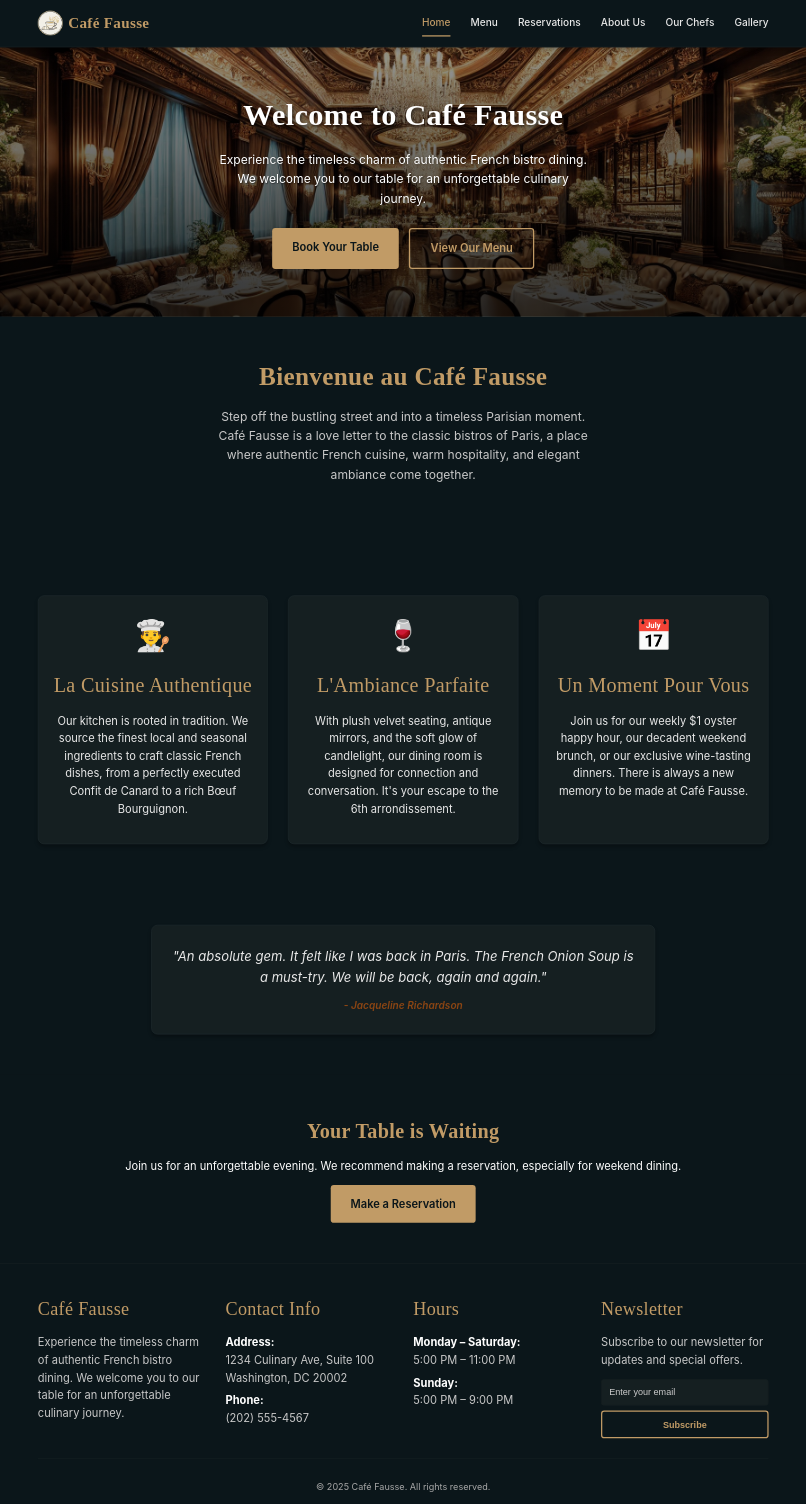
Repository: MatVanDenArt/MSSE-Cafe-Fausse
Page: / (app in frontend/)
An editor plug-in stored every save of this project. The page is shown before and after the next save, followed by the edit.
The browser window is 1280 px wide. The pictures show the whole page, at 63% of full size.
The project was rebuilt for these pictures with package versions that can differ from the ones it lists, and the page was loaded fresh each time. Also part of the build but not shown: frontend/src/pages/Menu.css, frontend/src/pages/Menu.js, frontend/src/pages/Reservations.css, frontend/src/pages/Reservations.js, frontend/src/pages/About.css, frontend/src/pages/About.js, frontend/src/pages/Gallery.css, frontend/src/pages/Gallery.js.

Above is the page before, as saved 2025-11-04 17:20:48.

### frontend/src/App.js
import React from "react";
import { BrowserRouter as Router, Routes, Route } from "react-router-dom";
import "./App.css";

// Import components
import Header from "./components/Header";
import Footer from "./components/Footer";
import Home from "./pages/Home";
import Menu from "./pages/Menu";
import Reservations from "./pages/Reservations";
import About from "./pages/About";
import Gallery from "./pages/Gallery";

function App() {
  return (
    <Router>
      <div className="App">
        <Header />
        <main className="main-content">
          <Routes>
            <Route path="/" element={<Home />} />
            <Route path="/menu" element={<Menu />} />
            <Route path="/reservations" element={<Reservations />} />
            <Route path="/about" element={<About />} />
            <Route path="/gallery" element={<Gallery />} />
          </Routes>
        </main>
        <Footer />
      </div>
    </Router>
  );
}

export default App;

### frontend/src/App.css
/* Global Styles */
* {
  margin: 0;
  padding: 0;
  box-sizing: border-box;
}

@import url("https://fonts.googleapis.com/css2?family=Dancing+Script:wght@400;500;600;700&family=Cormorant+Garamond:ital,wght@0,300;0,400;0,500;0,600;0,700;1,300;1,400;1,500;1,600&family=Inter:wght@300;400;500;600&family=Source+Sans+Pro:ital,wght@0,300;0,400;0,600;1,300;1,400&display=swap");

body {
  font-family: "Inter", "Source Sans Pro", "Helvetica Neue", "Arial", sans-serif;
  line-height: 1.6;
  color: #e8e8e8;
  background-color: #0b161a;
  font-weight: 400;
  padding-top: 70px; /* Account for fixed header */
}

/* Remove padding-top for home page since hero handles spacing */
.home {
  padding-top: 0;
}

.App {
  min-height: 100vh;
  display: flex;
  flex-direction: column;
}

.main-content {
  flex: 1;
}

/* Typography */
h1,
h2,
h3,
h4,
h5,
h6 {
  font-family: "Cormorant Garamond", "EB Garamond", "Georgia", "Times New Roman",
    serif;
  font-weight: 500;
  margin-bottom: 1rem;
  letter-spacing: 0.5px;
}

h1 {
  font-size: 2.5rem;
  color: #c19b66;
  font-family: "Dancing Script", "Cormorant Garamond", serif;
  font-weight: 600;
}

h2 {
  font-size: 2rem;
  color: #c19b66;
  font-family: "Dancing Script", "Cormorant Garamond", serif;
  font-weight: 600;
}

h3 {
  font-size: 2rem;
  color: #c19b66;
  font-family: "Dancing Script", "Cormorant Garamond", serif;
  font-weight: 500;
}

p {
  margin-bottom: 1rem;
  font-size: 1.1rem;
  font-family: "Inter", "Source Sans Pro", "Helvetica Neue", "Arial", sans-serif;
}

/* Container */
.container {
  max-width: 1200px;
  margin: 0 auto;
  padding: 0 20px;
}

/* Grid System */
.grid {
  display: grid;
  gap: 2rem;
}

.grid-2 {
  grid-template-columns: repeat(auto-fit, minmax(300px, 1fr));
}

.grid-3 {
  grid-template-columns: repeat(auto-fit, minmax(250px, 1fr));
}

.grid-4 {
  grid-template-columns: repeat(auto-fit, minmax(200px, 1fr));
}

/* Flexbox Utilities */
.flex {
  display: flex;
}

.flex-center {
  display: flex;
  justify-content: center;
  align-items: center;
}

.flex-between {
  display: flex;
  justify-content: space-between;
  align-items: center;
}

.flex-column {
  display: flex;
  flex-direction: column;
}

/* Buttons */
.btn {
  display: inline-block;
  padding: 12px 24px;
  background-color: #c19b66;
  color: #0b161a;
  text-decoration: none;
  border: none;
  border-radius: 5px;
  font-size: 1rem;
  font-weight: 600;
  cursor: pointer;
  transition: all 0.3s ease;
  text-align: center;
}

.btn:hover {
  background-color: #b08a55;
  transform: translateY(-2px);
  box-shadow: 0 4px 12px rgba(193, 155, 102, 0.4);
}

.btn-secondary {
  background-color: transparent;
  color: #c19b66;
  border: 2px solid #c19b66;
}

.btn-secondary:hover {
  background-color: #c19b66;
  color: #0b161a;
}

.btn-large {
  padding: 16px 32px;
  font-size: 1.1rem;
}

/* Forms */
.form-group {
  margin-bottom: 1.5rem;
}

.form-label {
  display: block;
  margin-bottom: 0.5rem;
  font-weight: 600;
  color: #c19b66;
}

.form-input,
.form-select,
.form-textarea {
  width: 100%;
  padding: 12px;
  border: 2px solid #151f21;
  border-radius: 5px;
  font-size: 1rem;
  transition: border-color 0.3s ease;
  background-color: #151f21;
  color: #e8e8e8;
}

.form-input:focus,
.form-select:focus,
.form-textarea:focus {
  outline: none;
  border-color: #c19b66;
  box-shadow: 0 0 0 3px rgba(193, 155, 102, 0.1);
}

.form-textarea {
  resize: vertical;
  min-height: 100px;
}

/* Cards */
.card {
  background: #151f21;
  border-radius: 10px;
  box-shadow: 0 4px 6px rgba(0, 0, 0, 0.3);
  overflow: hidden;
  border: 1px solid #1f2a2d;
}

.card-body {
  padding: 1.5rem;
}

.card-title {
  font-size: 1.25rem;
  margin-bottom: 0.5rem;
  color: #c19b66;
  font-family: "Dancing Script", "Cormorant Garamond", serif;
  font-weight: 500;
}

.card-text {
  color: #c8c8c8;
  margin-bottom: 1rem;
}

/* Images */
.img-responsive {
  width: 100%;
  height: auto;
  display: block;
}

.img-rounded {
  border-radius: 10px;
}

/* Sections */
.section {
  padding: 4rem 0;
}

.section-dark {
  background-color: #0b161a;
  color: white;
}

.section-light {
  background-color: #151f21;
}

.section-title {
  text-align: center;
  margin-bottom: 3rem;
}

.section-title h2 {
  font-size: 2.5rem;
  margin-bottom: 1rem;
}

.section-title p {
  font-size: 1.2rem;
  color: #c8c8c8;
  max-width: 600px;
  margin: 0 auto;
}

/* Hero Section - Moved to Home.css */

.hero-content h1 {
  font-size: 3.5rem;
  margin-bottom: 1rem;
  color: white;
}

.hero-content p {
  font-size: 1.3rem;
  margin-bottom: 2rem;
  max-width: 600px;
}

.hero-buttons {
  display: flex;
  gap: 1rem;
  justify-content: center;
  flex-wrap: wrap;
}

/* Navigation styles are in Header.css */

/* Footer */
.footer {
  background-color: #333;
  color: white;
  padding: 3rem 0 1rem;
}

.footer-content {
  display: grid;
  grid-template-columns: repeat(auto-fit, minmax(250px, 1fr));
  gap: 2rem;
  margin-bottom: 2rem;
}

.footer-bottom {
  text-align: center;
  padding-top: 2rem;
  border-top: 1px solid #555;
  color: #ccc;
}

/* Responsive Design */
@media (max-width: 768px) {
  .container {
    padding: 0 15px;
  }

  .hero-content h1 {
    font-size: 2.5rem;
  }

  .hero-content p {
    font-size: 1.1rem;
  }

  .hero-buttons {
    flex-direction: column;
    align-items: center;
  }

  /* Navigation responsive styles are in Header.css */

  .grid-2,
  .grid-3,
  .grid-4 {
    grid-template-columns: 1fr;
  }

  h1 {
    font-size: 2rem;
  }

  h2 {
    font-size: 1.5rem;
  }
}

@media (max-width: 480px) {
  .hero-content h1 {
    font-size: 2rem;
  }

  .section {
    padding: 2rem 0;
  }

  .btn {
    padding: 10px 20px;
    font-size: 0.9rem;
  }
}

/* Utility Classes */
.text-center {
  text-align: center;
}

.text-left {
  text-align: left;
}

.text-right {
  text-align: right;
}

.mb-1 {
  margin-bottom: 0.5rem;
}
.mb-2 {
  margin-bottom: 1rem;
}
.mb-3 {
  margin-bottom: 1.5rem;
}
.mb-4 {
  margin-bottom: 2rem;
}

.mt-1 {
  margin-top: 0.5rem;
}
.mt-2 {
  margin-top: 1rem;
}
.mt-3 {
  margin-top: 1.5rem;
}
.mt-4 {
  margin-top: 2rem;
}

.p-1 {
  padding: 0.5rem;
}
.p-2 {
  padding: 1rem;
}
.p-3 {
  padding: 1.5rem;
}
.p-4 {
  padding: 2rem;
}

.hidden {
  display: none;
}

.visible {
  display: block;
}

### frontend/src/components/Header.js
import React, { useState, useEffect } from "react";
import { Link, useLocation } from "react-router-dom";
import "./Header.css";

const Header = () => {
  const [isMenuOpen, setIsMenuOpen] = useState(false);
  const location = useLocation();

  const toggleMenu = () => {
    setIsMenuOpen(!isMenuOpen);
  };

  const closeMenu = () => {
    setIsMenuOpen(false);
  };

  // Close menu when route changes
  useEffect(() => {
    closeMenu();
  }, [location]);

  // Close menu when clicking outside and prevent body scroll
  useEffect(() => {
    const handleClickOutside = (event) => {
      if (isMenuOpen && !event.target.closest(".nav")) {
        closeMenu();
      }
    };

    if (isMenuOpen) {
      document.addEventListener("click", handleClickOutside);
      document.body.style.overflow = "hidden"; // Prevent body scroll
    } else {
      document.body.style.overflow = "unset"; // Restore body scroll
    }

    return () => {
      document.removeEventListener("click", handleClickOutside);
      document.body.style.overflow = "unset"; // Cleanup
    };
  }, [isMenuOpen]);

  const isActive = (path) => {
    return location.pathname === path ? "active" : "";
  };

  return (
    <nav className="nav">
      <div className="container">
        <div className="nav-container">
          <Link to="/" className="nav-logo" onClick={closeMenu}>
            <img
              src="/images/Logo - Cafe Fausse.png"
              alt="Café Fausse Logo"
              className="nav-logo-img"
            />
            <span className="nav-logo-text">Café Fausse</span>
          </Link>

          <div className={`nav-menu ${isMenuOpen ? "nav-menu-open" : ""}`}>
            <Link
              to="/"
              className={`nav-link ${isActive("/")}`}
              onClick={closeMenu}
            >
              Home
            </Link>
            <Link
              to="/menu"
              className={`nav-link ${isActive("/menu")}`}
              onClick={closeMenu}
            >
              Menu
            </Link>
            <Link
              to="/reservations"
              className={`nav-link ${isActive("/reservations")}`}
              onClick={closeMenu}
            >
              Reservations
            </Link>
            <Link
              to="/about"
              className={`nav-link ${isActive("/about")}`}
              onClick={closeMenu}
            >
              About Us
            </Link>
            <Link
              to="/our-chefs"
              className={`nav-link ${isActive("/our-chefs")}`}
              onClick={closeMenu}
            >
              Our Chefs
            </Link>
            <Link
              to="/gallery"
              className={`nav-link ${isActive("/gallery")}`}
              onClick={closeMenu}
            >
              Gallery
            </Link>
          </div>

          <button
            className={`nav-toggle ${isMenuOpen ? "open" : ""}`}
            onClick={toggleMenu}
            aria-label="Toggle navigation menu"
          >
            <span className="nav-toggle-line"></span>
            <span className="nav-toggle-line"></span>
            <span className="nav-toggle-line"></span>
          </button>
        </div>
      </div>
    </nav>
  );
};

export default Header;

### frontend/src/components/Footer.js
import React, { useState } from "react";
import "./Footer.css";

const Footer = () => {
  const [email, setEmail] = useState("");
  const [isSubscribed, setIsSubscribed] = useState(false);
  const [isLoading, setIsLoading] = useState(false);

  const handleNewsletterSubmit = async (e) => {
    e.preventDefault();
    if (!email) return;

    setIsLoading(true);
    try {
      const response = await fetch("http://localhost:5000/api/newsletter", {
        method: "POST",
        headers: {
          "Content-Type": "application/json",
        },
        body: JSON.stringify({ email }),
      });

      if (response.ok) {
        setIsSubscribed(true);
        setEmail("");
      } else {
        const error = await response.json();
        console.error("Newsletter signup error:", error);
      }
    } catch (error) {
      console.error("Newsletter signup error:", error);
    } finally {
      setIsLoading(false);
    }
  };

  return (
    <footer className="footer">
      <div className="container">
        <div className="footer-content">
          <div className="footer-section">
            <h3>Café Fausse</h3>
            <p>
              Experience the timeless charm of authentic French bistro dining.
              We welcome you to our table for an unforgettable culinary journey.
            </p>
          </div>

          <div className="footer-section">
            <h3>Contact Info</h3>
            <p>
              <strong>Address:</strong>
              <br />
              1234 Culinary Ave, Suite 100
              <br />
              Washington, DC 20002
            </p>
            <p>
              <strong>Phone:</strong>
              <br />
              (202) 555-4567
            </p>
          </div>

          <div className="footer-section">
            <h3>Hours</h3>
            <p>
              <strong>Monday – Saturday:</strong>
              <br />
              5:00 PM – 11:00 PM
            </p>
            <p>
              <strong>Sunday:</strong>
              <br />
              5:00 PM – 9:00 PM
            </p>
          </div>

          <div className="footer-section">
            <h3>Newsletter</h3>
            <p>Subscribe to our newsletter for updates and special offers.</p>
            {isSubscribed ? (
              <div className="newsletter-success">
                <p>Thank you for subscribing!</p>
              </div>
            ) : (
              <form
                onSubmit={handleNewsletterSubmit}
                className="newsletter-form"
              >
                <input
                  type="email"
                  placeholder="Enter your email"
                  value={email}
                  onChange={(e) => setEmail(e.target.value)}
                  required
                  className="newsletter-input"
                />
                <button
                  type="submit"
                  disabled={isLoading}
                  className="btn btn-secondary newsletter-btn"
                >
                  {isLoading ? "Subscribing..." : "Subscribe"}
                </button>
              </form>
            )}
          </div>
        </div>

        <div className="footer-bottom">
          <p>&copy; 2025 Café Fausse. All rights reserved.</p>
        </div>
      </div>
    </footer>
  );
};

export default Footer;

### frontend/src/components/Header.css
.nav {
  background-color: #0b161a;
  box-shadow: 0 2px 10px rgba(0, 0, 0, 0.3);
  position: fixed;
  top: 0;
  left: 0;
  right: 0;
  z-index: 1000;
  border-bottom: 1px solid #151f21;
}

.nav-container {
  display: flex;
  justify-content: space-between;
  align-items: center;
  padding: 1rem 0;
}

.nav-logo {
  display: flex;
  align-items: center;
  gap: 0.5rem;
  text-decoration: none;
  font-family: "Cormorant Garamond", "EB Garamond", "Georgia", "Times New Roman",
    serif;
  font-weight: 500;
  letter-spacing: 0.5px;
}

.nav-logo-img {
  height: 40px;
  width: auto;
}

.nav-logo-text {
  font-size: 1.5rem;
  font-weight: bold;
  color: #c19b66;
  font-family: "Dancing Script", "Cormorant Garamond", serif;
}

.nav-logo:hover .nav-logo-text {
  color: #c19b66;
}

.nav-menu {
  display: flex;
  list-style: none;
  gap: 2rem;
  margin: 0;
  padding: 0;
}

.nav-link {
  color: #e8e8e8;
  text-decoration: none;
  font-weight: 500;
  transition: color 0.3s ease;
  padding: 0.5rem 0;
  position: relative;
}

.nav-link:hover,
.nav-link.active {
  color: #c19b66;
}

.nav-link.active::after {
  content: "";
  position: absolute;
  bottom: 0;
  left: 0;
  right: 0;
  height: 2px;
  background-color: #c19b66;
}

.nav-toggle {
  display: none;
  flex-direction: column;
  background: none;
  border: none;
  cursor: pointer;
  padding: 0.5rem;
}

.nav-toggle-line {
  width: 25px;
  height: 3px;
  background-color: #c19b66;
  margin: 3px 0;
  transition: 0.3s;
}

/* Mobile Navigation */
@media (max-width: 768px) {
  .nav-toggle {
    display: flex;
  }

  .nav-menu {
    position: fixed;
    top: 70px;
    left: 0;
    right: 0;
    background-color: #0b161a;
    flex-direction: column;
    padding: 2rem;
    box-shadow: 0 2px 10px rgba(0, 0, 0, 0.3);
    transform: translateY(-100%);
    opacity: 0;
    visibility: hidden;
    transition: all 0.3s ease;
    z-index: 999;
    border-top: 1px solid #151f21;
  }

  .nav-menu-open {
    transform: translateY(0);
    opacity: 1;
    visibility: visible;
  }

  .nav-link {
    padding: 1rem 0;
    border-bottom: 1px solid #151f21;
    text-align: center;
    color: #e8e8e8;
  }

  .nav-link:last-child {
    border-bottom: none;
  }

  .nav-link:hover,
  .nav-link.active {
    color: #c19b66;
  }

  .nav-toggle.open .nav-toggle-line:nth-child(1) {
    transform: rotate(45deg) translate(5px, 5px);
  }

  .nav-toggle.open .nav-toggle-line:nth-child(2) {
    opacity: 0;
  }

  .nav-toggle.open .nav-toggle-line:nth-child(3) {
    transform: rotate(-45deg) translate(7px, -6px);
  }
}

### frontend/src/components/Footer.css
.footer {
  background-color: #0b161a;
  color: #e8e8e8;
  padding: 3rem 0 1rem;
  margin-top: auto;
  border-top: 1px solid #151f21;
}

.footer-content {
  display: grid;
  grid-template-columns: repeat(auto-fit, minmax(250px, 1fr));
  gap: 2rem;
  margin-bottom: 2rem;
}

.footer-section h3 {
  color: #c19b66;
  font-size: 1.8rem;
  font-family: "Cormorant Garamond", "Times New Roman", serif;
  font-weight: 500;
  letter-spacing: 0.5px;
}

.footer-section p {
  margin-bottom: 0.5rem;
  line-height: 1.6;
  color: #c8c8c8;
}

.footer-section strong {
  color: white;
}

.newsletter-form {
  display: flex;
  flex-direction: column;
  gap: 0.5rem;
  margin-top: 1rem;
}

.newsletter-input {
  padding: 0.75rem;
  border: 1px solid #151f21;
  border-radius: 5px;
  background-color: #151f21;
  color: #e8e8e8;
  font-size: 0.9rem;
}

.newsletter-input::placeholder {
  color: #ccc;
}

.newsletter-input:focus {
  outline: none;
  border-color: #c19b66;
}

.newsletter-btn {
  padding: 0.75rem;
  font-size: 0.9rem;
  border: 2px solid #c19b66;
  background-color: transparent;
  color: #c19b66;
}

.newsletter-btn:hover {
  background-color: #c19b66;
  color: #0b161a;
}

.newsletter-btn:disabled {
  opacity: 0.6;
  cursor: not-allowed;
}

.newsletter-success {
  background-color: #4caf50;
  padding: 1rem;
  border-radius: 5px;
  text-align: center;
  margin-top: 1rem;
}

.newsletter-success p {
  margin: 0;
  color: white;
  font-weight: 600;
}

.footer-bottom {
  text-align: center;
  padding-top: 2rem;
  border-top: 1px solid #151f21;
  color: #a8a8a8;
}

.footer-bottom p {
  margin: 0;
  font-size: 0.9rem;
}

@media (max-width: 768px) {
  .footer {
    padding: 2rem 0 1rem;
  }

  .footer-content {
    grid-template-columns: 1fr;
    gap: 1.5rem;
  }

  .newsletter-form {
    flex-direction: column;
  }
}

### frontend/src/pages/Home.css
.home {
  min-height: 100vh;
}

.hero {
  min-height: 60vh;
  max-height: 80vh;
  display: flex;
  align-items: center;
  justify-content: center;
  text-align: center;
  color: white;
  position: relative;
  padding: 4rem 0;
}

.hero-content h1 {
  font-size: 3rem;
  margin-bottom: 1rem;
  color: white;
  text-shadow: 2px 2px 4px rgba(0, 0, 0, 0.5);
  font-family: "Dancing Script", "Cormorant Garamond", serif;
  font-weight: 600;
}

.hero-content p {
  font-size: 1.2rem;
  margin-bottom: 2rem;
  max-width: 600px;
  text-shadow: 1px 1px 2px rgba(0, 0, 0, 0.5);
  line-height: 1.6;
}

.hero-buttons {
  display: flex;
  gap: 1rem;
  justify-content: center;
  flex-wrap: wrap;
  margin-top: 1rem;
}

/* Tablet and large mobile optimization */
@media (max-width: 1024px) {
  .hero {
    min-height: 55vh;
    max-height: 70vh;
    padding: 3rem 0;
  }

  .hero-content h1 {
    font-size: 2.8rem;
  }

  .hero-content p {
    font-size: 1.1rem;
  }
}

.pillar-icon {
  font-size: 3rem;
  margin-bottom: 1rem;
}

.testimonial {
  text-align: center;
  max-width: 800px;
  margin: 0 auto;
  padding: 2rem;
  background: #151f21;
  border-radius: 10px;
  box-shadow: 0 4px 6px rgba(0, 0, 0, 0.3);
  border: 1px solid #1f2a2d;
}

.testimonial blockquote {
  font-size: 1.3rem;
  font-style: italic;
  margin-bottom: 1rem;
  color: #e8e8e8;
  line-height: 1.6;
}

.testimonial cite {
  font-size: 1rem;
  color: #8b4513;
  font-weight: 600;
}

.contact-info {
  background: #151f21;
  padding: 2rem;
  border-radius: 10px;
  box-shadow: 0 4px 6px rgba(0, 0, 0, 0.3);
  border: 1px solid #1f2a2d;
}

.contact-info h3 {
  color: #8b4513;
  margin-bottom: 1rem;
}

.contact-info p {
  margin-bottom: 0.5rem;
  color: #c8c8c8;
}

@media (max-width: 768px) {
  .hero {
    min-height: 50vh;
    max-height: 60vh;
    padding: 2rem 0;
  }

  .hero-content h1 {
    font-size: 2.2rem;
    margin-bottom: 0.8rem;
  }

  .hero-content p {
    font-size: 1rem;
    margin-bottom: 1.5rem;
    padding: 0 1rem;
  }

  .hero-buttons {
    flex-direction: column;
    align-items: center;
    gap: 0.8rem;
  }

  .pillar-icon {
    font-size: 2.5rem;
  }

  .testimonial {
    padding: 1.5rem;
  }

  .testimonial blockquote {
    font-size: 1.1rem;
  }

  .contact-info {
    padding: 1.5rem;
  }
}

@media (max-width: 480px) {
  .hero {
    min-height: 45vh;
    max-height: 55vh;
    padding: 1.5rem 0;
  }

  .hero-content h1 {
    font-size: 1.8rem;
    margin-bottom: 0.6rem;
  }

  .hero-content p {
    font-size: 0.9rem;
    margin-bottom: 1.2rem;
    padding: 0 0.5rem;
  }

  .hero-buttons {
    gap: 0.6rem;
  }

  .testimonial {
    padding: 1rem;
  }

  .testimonial blockquote {
    font-size: 1rem;
  }
}

Loaded but not shown: frontend/public/index.html (common file); frontend/src/index.js (common file); frontend/src/index.css (common file); frontend/src/reportWebVitals.js (common file); frontend/src/pages/Home.js (127 lines, source omitted)

After the next save:
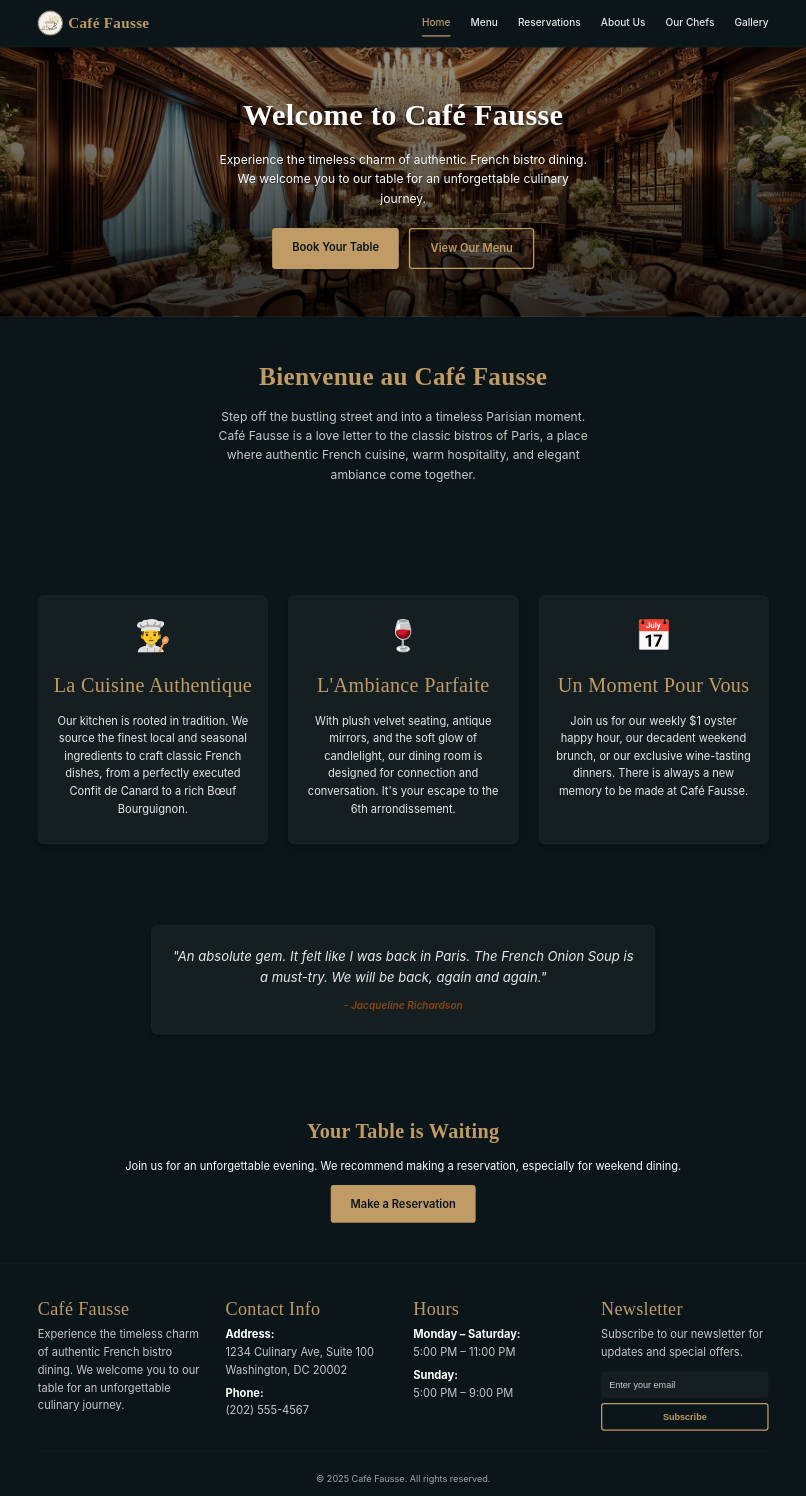
Saved 53 s later.
--- a/frontend/src/components/Footer.css
+++ b/frontend/src/components/Footer.css
@@ -19,6 +19,7 @@
   font-family: "Cormorant Garamond", "Times New Roman", serif;
   font-weight: 500;
   letter-spacing: 0.5px;
+  margin-bottom: 0.25rem;
 }
 
 .footer-section p {
